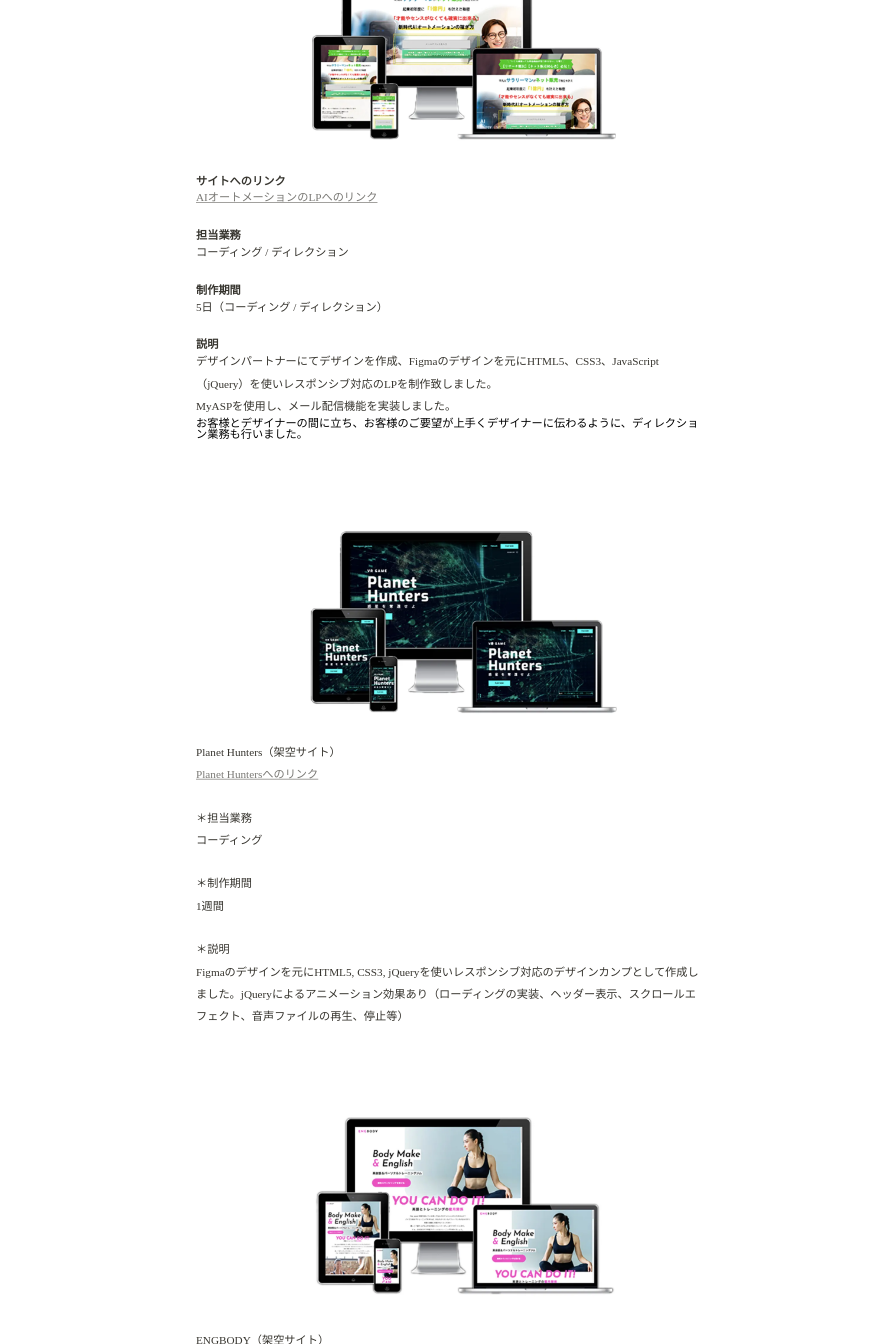
Repository: tetishi/my-portfolio
Page: index.html
These files come from the project's save history. The page is drawn as it stood at one moment and after the next save; the edit follows.
The browser window is 1280 px wide. The pictures show the part of the page from y = 2981 to 4901 px (the page is 11359 px tall before and 11517 px after), at 70% of full size.
The style sheet was rebuilt from its Sass, Less or Tailwind sources for each picture, by a compiler version that may differ from the author's.

Above is the page before, as saved 2024-05-19 15:41:59.

### index.html
<!DOCTYPE html>
<html lang="ja">

<head>
    <meta name="robots" content="noindex">
    <meta charset="UTF-8">
    <meta name="viewport" content="width=device-width, initial-scale=1.0">
    <meta http-equiv="X-UA-Compatible" content="ie=edge">
    <meta property="og:title" content="石田哲朗のポートフォリオ" />
    <meta property="og:type" content="website" />
    <meta property="og:url" content="http://tetsuroishida.com/" />
    <meta property="og:image" content="#" />
    <meta property="og:site_name" content="ポートフォリオ" />
    <meta property="og:description" content="石田哲朗のポートフォリオです。過去の作品、スキル、使用ツール、自己紹介を掲載しております。" />
    <title>石田哲朗のポートフォリオ</title>
    <link rel="stylesheet" href="reset.css">
    <link rel="stylesheet" href="style.css">
    <link rel="icon" href="img/favicon.ico">
</head>

<body>
    <header class="header">
        <div class="header-inner">
            <h1 class="logo">
                <a href="/">
                    <img class="logo_img" src="img/favicon.png" alt="">
                </a>
            </h1>
            <nav class="header-nav">
                <ul class="header-ul">
                    <li class="header-li">
                        <a href="#">過去の作品</a>
                    </li>
                    <li class="header-li">
                        <a href="#">スキル</a>
                    </li>
                    <li class="header-li">
                        <a href="#">使用ツール</a>
                    </li>
                    <li class="header-li">
                        <a href="#">私について</a>
                    </li>
                </ul>
            </nav>
            <button class="mobile-menu_btn">
                <span></span>
                <span></span>
                <span></span>
            </button>
            <div class="mobile-header">
                <nav class="mobile-header_nav">
                    <ul class="mobile-header_ul">
                        <li class="mobile-header_li">
                            <a href="#">過去の作品</a>
                        </li>
                        <li class="mobile-header_li">
                            <a href="#">スキル</a>
                        </li>
                        <li class="mobile-header_li">
                            <a href="#">使用ツール</a>
                        </li>
                        <li class="mobile-header_li">
                            <a href="#">私について</a>
                        </li>
                    </ul>
                </nav>
            </div>
        </div>
    </header>

    <main>

        <section>
            <!-- ここ記入 -->
            <h1>ポートフォリオ<br class="d-none">（石田 哲朗）</h1>
            <p>お忙しい中 ご覧頂きありがとうございます。</p>
            <p>以下、過去の作品でございます。</p>
            <!-- ここ記入 -->
            <!-- <p>ベーシック認証がかかっているものは<br>ID aaa<br>パスワード aaa<br> です。</p> -->
        </section>
        <section>

            <h2>過去の作品</h2>
            <h3 class="sub-tit">LP作成</h3>

            <!-- １作品目 -->
            <div class="work">
                <!-- ここ記入 -->
                <h3 class="work_tit">UNIVERSAL HOLDINGS様／山中湖オリオン</h3>

                <!-- サイトのイメージ写真を入れます -->
                <a class="work_img-link" target="_blank" href="https://orion.universalholdings.jp/">
                    <picture>
                        <source srcset="img/universal-holdings@2x.webp" type="image/webp">
                        <img src="img/universal-holdings@2x.png">
                    </picture>
                </a>
                <p>
                    UNIVERSAL HOLDINGS様の貸別荘ビジネス「山中湖オリオン」についてのLP（ランディングページ）を制作致しました。<br>
                    「山中湖オリオン」は優れた強固な構造が特徴で、長期の運用が可能なフィンランドログを使用した貸別荘です。<br>
                </p>
                <h3 class="details">サイトへのリンク</h3>
                <!-- ここ記入 -->
                <p class="work_link"><a target="_blank" rel="noopener noreferrer" href="https://orion.universalholdings.jp/">UNIVERSAL HOLDINGS様／山中湖オリオンのLPへのリンク</a></p>
                <p class="work_link"><a target="_blank" rel="noopener noreferrer" href="https://orion-salon.universalholdings.jp/">UNIVERSAL HOLDINGS様／山中湖オリオン ABテスト用LPへのリンク</a></p>

                <h3 class="details">担当業務</h3>
                <p>コーディング / WordPress</p>
                <h3 class="details">サイトの目的</h3>
                <p>共同事業パートナーの募集 / 事業の認知</p>
                <h3 class="details">制作期間</h3>
                <!-- ここ記入 -->
                <p>約5日（コーディング / WordPress）</p>
                <h3 class="details">説明</h3>
                <!-- ここ記入 -->
                <p>
                    UNIVERSAL HOLDINGS様の貸別荘ビジネス「山中湖オリオン」についてのLP（ランディングページ）を制作致しました。<br>
                    「山中湖オリオン」は優れた強固な構造が特徴で、長期の運用が可能なフィンランドログを使用した貸別荘です。<br>
                    デザインパートナーにてデザインを作成、Photoshopのデザインを元にHTML5, CSS3, JavaScript(jQuery)を使用しLPをコーディング、WordPress化致しました。<br>
                    ・ユーザーにとってクリックしやすくなるように、ボタンは光るようにコーディングしております。<br>
                    ・ABテスト用に一部異なるデザインのLPも制作致しました。
                </p>
            </div>


            <!-- 2作品目 -->
            <div class="work">
                <!-- ここ記入 -->
                <h3 class="work_tit">合同会社シュアーズ様／AIオートメーションシステムのLP</h3>

                <!-- サイトのイメージ写真を入れます -->
                <a class="work_img-link" target="_blank" href="https://sedori-go.com/automation-b/">
                    <picture>
                        <source srcset="img/automation-b@2x.webp" type="image/webp">
                        <img src="img/automation-b@2x.png">
                    </picture>
                </a>
                <!-- ここ記入 -->
                <p>
                    合同会社シュアーズ様のAIオートメーションシステムについてのLP（ランディングページ）を制作致しました。<br>
                    平凡なサラリーマンがネット販売で独立を叶え、起業初年度に「1億円」を叶えた特効薬（秘密）を初公開しております。
                </p>

                <h3 class="details">サイトへのリンク</h3>
                <p class="work_link"><a target="_blank" rel="noopener noreferrer" href="https://sedori-go.com/automation-b/">AIオートメーションシステムのLPへのリンク</a></p>

                <h3 class="details">担当業務</h3>
                <p>コーディング / ディレクション</p>

                <h3 class="details">サイトの目的</h3>
                <p>サービスの認知 / 新規クライアントの獲得</p>

                <h3 class="details">制作期間</h3>
                <!-- ここ記入 -->
                <p>5日（コーディング / ディレクション）</p>

                <h3 class="details">説明</h3>
                <!-- ここ記入 -->
                <p>デザインパートナーにてデザインを作成、Figmaのデザインを元にHTML5、CSS3、JavaScript（jQuery）を使いレスポンシブ対応のLPを制作致しました。<br>
                    MyASPを使用し、メール配信機能を実装しました。<br>
                    お客様とデザイナーの間に立ち、お客様のご要望が上手くデザイナーに伝わるように、ディレクション業務も行いました。
                </p>
            </div>

            <!-- 3作品目 -->
            <div class="work">
                <h3 class="work_tit">合同会社シュアーズ様／AIオートメーションのLP</h3>

                <!-- サイトのイメージ写真を入れます -->
                <a class="work_img-link" target="_blank" href="https://sedori-go.com/automationlp/">
                    <picture>
                        <source srcset="img/automation-a@2x.webp" type="image/webp">
                        <img src="img/automation-a@2x.png">
                    </picture>
                </a>
                <!-- ここ記入 -->
                <h3 class="details">サイトへのリンク</h3>
                <p class="work_link"><a target="_blank" rel="noopener noreferrer" href="https://sedori-go.com/automationlp/">AIオートメーションのLPへのリンク</a></p>

                <h3 class="details">担当業務</h3>
                <p>コーディング / ディレクション</p>

                <h3 class="details">制作期間</h3>
                <!-- ここ記入 -->
                <!-- <p>11日（6日デザイン、5日コーディング）</p> -->
                <p>5日（コーディング / ディレクション）</p>

                <h3 class="details">説明</h3>
                <!-- ここ記入 -->
                <p>デザインパートナーにてデザインを作成、Figmaのデザインを元にHTML5、CSS3、JavaScript（jQuery）を使いレスポンシブ対応のLPを制作致しました。<br>
                    MyASPを使用し、メール配信機能を実装しました。</p>
                    お客様とデザイナーの間に立ち、お客様のご要望が上手くデザイナーに伝わるように、ディレクション業務も行いました。
            </div>

            <!-- 4作品目 -->
            <div class="work">
                <!-- サイトのイメージ写真を入れます -->
                <picture>
                    <source srcset="img/planet-hunters@2x.webp" type="image/webp">
                    <img src="img/planet-hunters@2x.png">
                </picture>
                <!-- ここ記入 -->
                <p class="work_tit">Planet Hunters（架空サイト）</p>
                <!-- ここ記入 -->
                <p class="work_link"><a target="_blank" rel="noopener noreferrer" href="https://tetishi.github.io/planet-hunters/">Planet Huntersへのリンク</a></p>
                <p class="details">＊担当業務</p>
                <p>コーディング</p>
                <p class="details">＊制作期間</p>
                <!-- ここ記入 -->
                <p>1週間</p>
                <p class="details">＊説明</p>
                <!-- ここ記入 -->
                <p>Figmaのデザインを元にHTML5, CSS3, jQueryを使いレスポンシブ対応のデザインカンプとして作成しました。jQueryによるアニメーション効果あり（ローディングの実装、ヘッダー表示、スクロールエフェクト、音声ファイルの再生、停止等）</p>
            </div>

            <!-- 5作品目 -->
            <div class="work">
                <!-- サイトのイメージ写真を入れます -->
                <picture>
                    <source srcset="img/engbody@2x.webp" type="image/webp">
                    <img src="img/engbody@2x.png">
                </picture>
                <!-- ここ記入 -->
                <p class="work_tit">ENGBODY（架空サイト）</p>
                <!-- ここ記入 -->
                <p class="work_link"><a target="_blank" rel="noopener noreferrer" href="https://tetishi.github.io/engbody/">ENGBODYへのリンク</a></p>
                <p class="details">＊担当業務</p>
                <p>コーディング</p>
                <p class="details">＊制作期間</p>
                <!-- ここ記入 -->
                <p>2週間</p>
                <p class="details">＊説明</p>
                <!-- ここ記入 -->
                <p>XDのデザインを元にHTML5, CSS3, jQueryを使いレスポンシブ対応のデザインカンプとして作成しました。jQueryによるアニメーション効果あり（ヘッダー表示、背景色のアニメーション、スクロールエフェクト、タブ、スライダー、アコーディオン、ページ内横スクロール等）モバイルファーストによるコーディングを実施しました。</p>
            </div>

            <!-- 　6作品目 -->
            <div class="work">
                <!-- サイトのイメージ写真を入れます -->
                <picture>
                    <source srcset="img/cresta-design@2x.webp" type="image/webp">
                    <img src="img/cresta-design@2x.png">
                </picture>
                <!-- ここ記入 -->
                <p class="work_tit">Cresta Design（架空サイト）</p>
                <!-- ここ記入 -->
                <p class="work_link"><a target="_blank" rel="noopener noreferrer" href="https://tetishi.github.io/cresta-design/">Cresta Designへのリンク</a></p>
                <p class="details">＊担当業務</p>
                <p>コーディング</p>
                <p class="details">＊制作期間</p>
                <!-- ここ記入 -->
                <p>2週間</p>
                <p class="details">＊説明</p>
                <!-- ここ記入 -->
                <p>XDのデザインを元にHTML5, CSS3, jQueryを使いレスポンシブ対応のデザインカンプとして作成しました。jQueryによるアニメーション効果あり（ハンバーガーメニュー、ページ内スクロールボタン）</p>
            </div>

            <!-- 　7作品目 -->
            <div class="work">
                <!-- サイトのイメージ写真を入れます -->
                <picture>
                    <source srcset="img/wdc@2x.webp" type="image/webp">
                    <img src="img/wdc@2x.png">
                </picture>
                <!-- ここ記入 -->
                <p class="work_tit">WDC（架空サイト）</p>
                <!-- ここ記入 -->
                <p class="work_link"><a target="_blank" rel="noopener noreferrer" href="https://tetishi.github.io/wdc/">WDCへのリンク</a></p>
                <p class="details">＊担当業務</p>
                <p>コーディング</p>
                <p class="details">＊制作期間</p>
                <!-- ここ記入 -->
                <p>2週間</p>
                <p class="details">＊説明</p>
                <!-- ここ記入 -->
                <p>XDのデザインを元にHTML5, CSS3, jQueryを使いレスポンシブ対応のデザインカンプとして作成しました。jQueryによるアニメーション効果あり（ページ内スクロールボタン、トップに戻るボタン）</p>
            </div>

            <!-- 　8作品目 -->
            <div class="work">
                <!-- サイトのイメージ写真を入れます -->
                <picture>
                    <source srcset="img/munchkin@2x.webp" type="image/webp">
                    <img src="img/munchkin@2x.png">
                </picture>
                <!-- ここ記入 -->
                <p class="work_tit">MUNCHKIN（架空サイト）</p>
                <!-- ここ記入 -->
                <p class="work_link"><a target="_blank" rel="noopener noreferrer" href="https://tetishi.github.io/munchkin2/">MUNCHKINへのリンク</a></p>
                <p class="details">＊担当業務</p>
                <p>コーディング</p>
                <p class="details">＊制作期間</p>
                <!-- ここ記入 -->
                <p>1週間</p>
                <p class="details">＊説明</p>
                <!-- ここ記入 -->
                <p>XDのデザインを元にHTML5, CSS3, jQueryを使いレスポンシブ対応のデザインカンプとして作成しました。jQueryによるアニメーション効果あり（ハンバーガーメニュー、スクロールボタン）</p>
            </div>


            <h3 class="sub-tit">コーポレイトサイト作成</h3>
            <!-- 　1作品目 -->
            <div class="work">
                <!-- サイトのイメージ写真を入れます -->
                <picture>
                    <source srcset="img/pon-design@2x.webp" type="image/webp">
                    <img src="img/pon-design@2x.png">
                </picture>
                <!-- ここ記入 -->
                <p class="work_tit">PON DESIGN（架空サイト）</p>
                <!-- ここ記入 -->
                <p class="work_link"><a target="_blank" rel="noopener noreferrer" href="https://tetishi.github.io/pon-design/">PON DESIGNへのリンク</a></p>
                <p class="details">＊担当業務</p>
                <p>コーディング</p>
                <p class="details">＊制作期間</p>
                <!-- ここ記入 -->
                <p>約18日</p>
                <p class="details">＊説明</p>
                <!-- ここ記入 -->
                <p>XDのデザインを元にHTML5, CSS3, jQueryを使いレスポンシブ対応のデザインカンプとして作成しました。jQueryによるアニメーション効果あり（ハンバーガーメニュー、スライダー等）</p>
            </div>


            <!-- 　2作品目 -->
            <div class="work">
                <!-- サイトのイメージ写真を入れます -->
                <picture>
                    <source srcset="img/start@2x.webp" type="image/webp">
                    <img src="img/start@2x.png">
                </picture>
                <!-- ここ記入 -->
                <p class="work_tit">START（架空サイト）</p>
                <!-- ここ記入 -->
                <p class="work_link"><a target="_blank" rel="noopener noreferrer" href="https://tetishi.github.io/">STARTへのリンク</a></p>
                <p class="details">＊担当業務</p>
                <p>コーディング</p>
                <p class="details">＊制作期間</p>
                <!-- ここ記入 -->
                <p>1週間</p>
                <p class="details">＊説明</p>
                <!-- ここ記入 -->
                <p>XDのデザインを元にHTML5, CSS3, jQueryを使いレスポンシブ対応のデザインカンプとして作成しました。jQueryによるアニメーション効果あり（ハンバーガーメニュー）</p>
            </div>

            <!-- <div class="work"> -->
                <!-- サイトのイメージ写真を入れます -->
                <!-- <picture>
                    <source srcset="img/#" type="image/webp">
                    <img src="img/#">
                </picture> -->
                <!-- ここ記入 -->
                <!-- <p class="work_tit">ここに作品のタイトルを入れます</p> -->
                <!-- ここ記入 -->
                <!-- <p class="work_link"><a target="_blank" rel="noopener noreferrer" href="#">ここにリンクを入れます</a></p>
                <p class="details">＊担当業務</p>
                <p>コーディング</p>
                <p class="details">＊制作期間</p> -->
                <!-- ここ記入 -->
                <!-- <p>○週間</p>
                <p class="details">＊説明</p> -->
                <!-- ここ記入 -->
                <!-- <p>ここに説明文を入れます</p>
            </div> -->


        </section>
        <section>
            <h2>スキル</h2>
            <h3 class="info-tit">使用言語</h3>
            <p>HTML / CSS / Sass / Javascript / SEO / PHP</p>
            <h3 class="info-tit">フレ-ムワーク</h3>
            <p>jQuery / WordPress</p>
        </section>
        <section>
            <h2>使用ツール</h2>
            <h3 class="info-tit">エディター</h3>
            <p>Visual Studio Code</p>
            <h3 class="info-tit">テストサーバー</h3>
            <p>シン・クラウド for Free / エックスフリー</p>
            <h3 class="info-tit">バージョン管理ツール</h3>
            <p>GitHub</p>
            <h3 class="info-tit">連絡ツール</h3>
            <p>slack / Chatwork</p>
        </section>
        <section>
            <h2>私について</h2>
            <!-- 自分の写真を入れます -->
            <picture>
                <source srcset="img/myself.webp" type="image/webp">
                <img class="people" src="img/myself.jpeg">
            </picture>
            <!-- <img class="people" src="img/myself.jpeg"> -->
            <h3 class="info-tit">名前</h3>
            <!-- ここ記入 -->
            <p>石田 哲朗</p>
            <h3 class="info-tit">生年月日</h3>
            <!-- ここ記入 -->
            <p>1992年11月12日</p>
            <h3 class="info-tit">出身</h3>
            <!-- ここ記入 -->
            <p>奈良県</p>
            <h3 class="info-tit">経歴</h3>
            <!-- ここ記入 -->
            <ul class="carrier-list">
                <li class="carrier-item">
                    <p class="carrier-year">2015</p>
                    <p class="carrier-content">大阪の大学を経済学部で卒業</p>
                </li>
                <li class="carrier-item">
                    <p class="carrier-year">2015 - 2017</p>
                    <p class="carrier-content">アメリカ、ロサンゼルスの語学学校で英語を学ぶ</p>
                </li>
                <li class="carrier-item">
                    <p class="carrier-year">2017 - 2019</p>
                    <p class="carrier-content">カリフォルニア州オークランドにあるLaney Collegeにてコンピュータプログラミング専攻し卒業</p>
                </li>
                <li class="carrier-item">
                    <p class="carrier-year">2019</p>
                    <p class="carrier-content">フリーランスのWebエンジニアとして活動</p>
                </li>
                <li class="carrier-item">
                    <p class="carrier-year">2019 - 2020</p>
                    <p class="carrier-content">プログラミングスクールにてRuby on Ralisなどを学び実際に業務としてWeb開発を実施</p>
                </li>
                <li class="carrier-item">
                    <p class="carrier-year">2021 ~ 2023</p>
                    <p class="carrier-content">ネットワークエンジニアとして勤務</p>
                </li>
                <li class="carrier-item">
                    <p class="carrier-year">2022 ~ 現在</p>
                    <p class="carrier-content">フリーランスのWebエンジニアとして活動中</p>
                </li>
            </ul>
        </section>



    </main>

    <footer class="footer">
        <div class="footer-copyright">
            <p>
                © 2023 Tetsuro Ishida's portfolio All rights reserved
            </p>
        </div>
    </footer>

</body>

</html>

### reset.css
/*
html5doctor.com Reset Stylesheet
v1.6.1
Last Updated: 2010-09-17
Author: Richard Clark - http://richclarkdesign.com
Twitter: @rich_clark
*/

html,
body,
div,
span,
object,
iframe,
h1,
h2,
h3,
h4,
h5,
h6,
p,
blockquote,
pre,
abbr,
address,
cite,
code,
del,
dfn,
em,
img,
ins,
kbd,
q,
samp,
small,
strong,
sub,
sup,
var,
b,
i,
dl,
dt,
dd,
ol,
ul,
li,
fieldset,
form,
label,
legend,
table,
caption,
tbody,
tfoot,
thead,
tr,
th,
td,
article,
aside,
canvas,
details,
figcaption,
figure,
footer,
header,
hgroup,
menu,
nav,
section,
summary,
time,
mark,
audio,
video {
    margin: 0;
    padding: 0;
    border: 0;
    outline: 0;
    font-size: 100%;
    vertical-align: baseline;
    background: transparent;
}

body {
    line-height: 1;
}

article,
aside,
details,
figcaption,
figure,
footer,
header,
hgroup,
menu,
nav,
section {
    display: block;
}

nav ul {
    list-style: none;
}

blockquote,
q {
    quotes: none;
}

blockquote:before,
blockquote:after,
q:before,
q:after {
    content: '';
    content: none;
}

a {
    margin: 0;
    padding: 0;
    font-size: 100%;
    vertical-align: baseline;
    background: transparent;
}


/* change colours to suit your needs */

ins {
    background-color: #ff9;
    color: #000;
    text-decoration: none;
}


/* change colours to suit your needs */

mark {
    background-color: #ff9;
    color: #000;
    font-style: italic;
    font-weight: bold;
}

del {
    text-decoration: line-through;
}

abbr[title],
dfn[title] {
    border-bottom: 1px dotted;
    cursor: help;
}

table {
    border-collapse: collapse;
    border-spacing: 0;
}


/* change border colour to suit your needs */

hr {
    display: block;
    height: 1px;
    border: 0;
    border-top: 1px solid #cccccc;
    margin: 1em 0;
    padding: 0;
}

input,
select {
    vertical-align: middle;
}


/*end reset css*/

Loaded but not shown: style.scss (210 lines, source omitted)

After the next save:
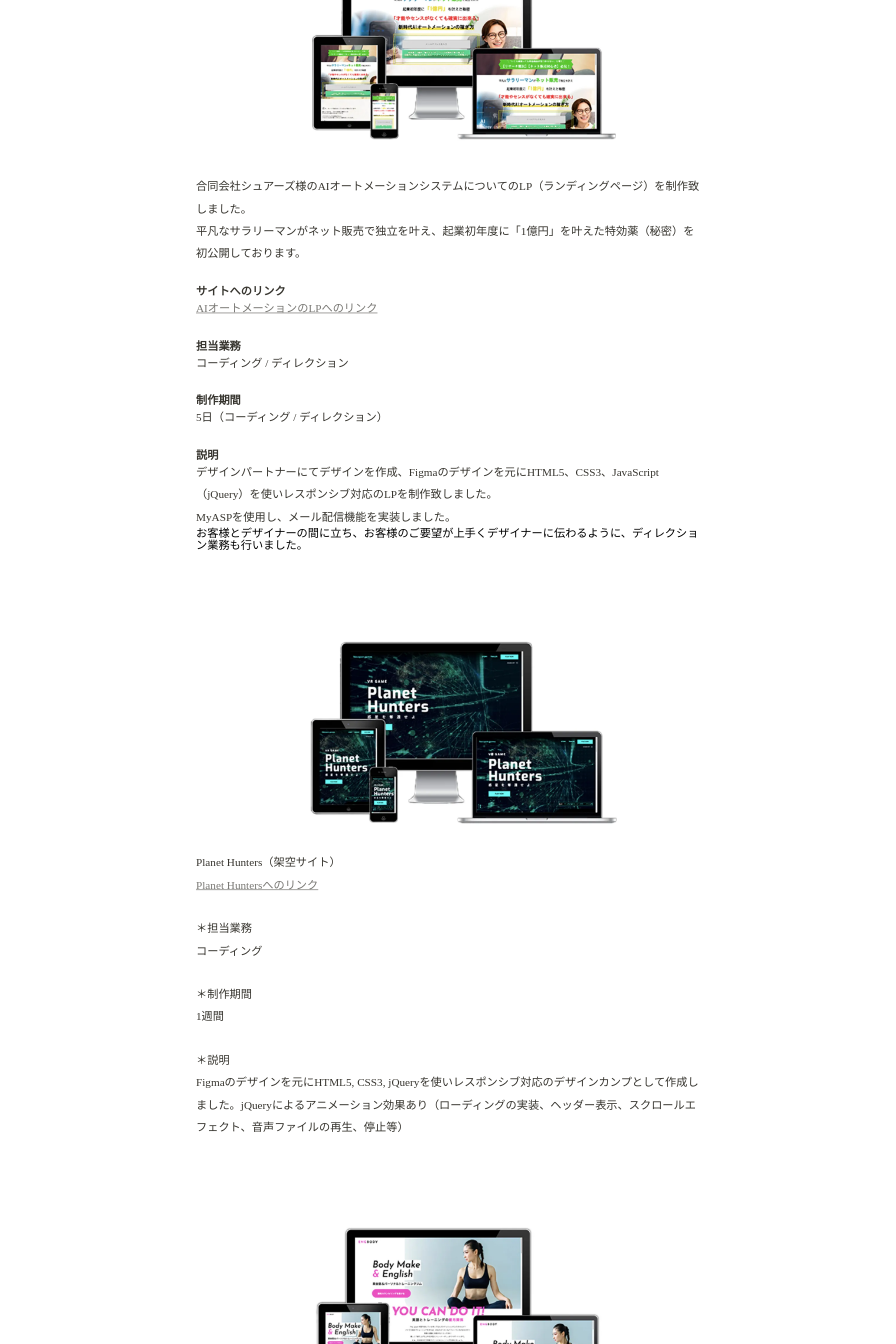
Saved 2 min 40 s later.
--- a/index.html
+++ b/index.html
@@ -174,6 +174,11 @@
                     </picture>
                 </a>
                 <!-- ここ記入 -->
+                <p>
+                    合同会社シュアーズ様のAIオートメーションシステムについてのLP（ランディングページ）を制作致しました。<br>
+                    平凡なサラリーマンがネット販売で独立を叶え、起業初年度に「1億円」を叶えた特効薬（秘密）を初公開しております。
+                </p>
+
                 <h3 class="details">サイトへのリンク</h3>
                 <p class="work_link"><a target="_blank" rel="noopener noreferrer" href="https://sedori-go.com/automationlp/">AIオートメーションのLPへのリンク</a></p>
 
